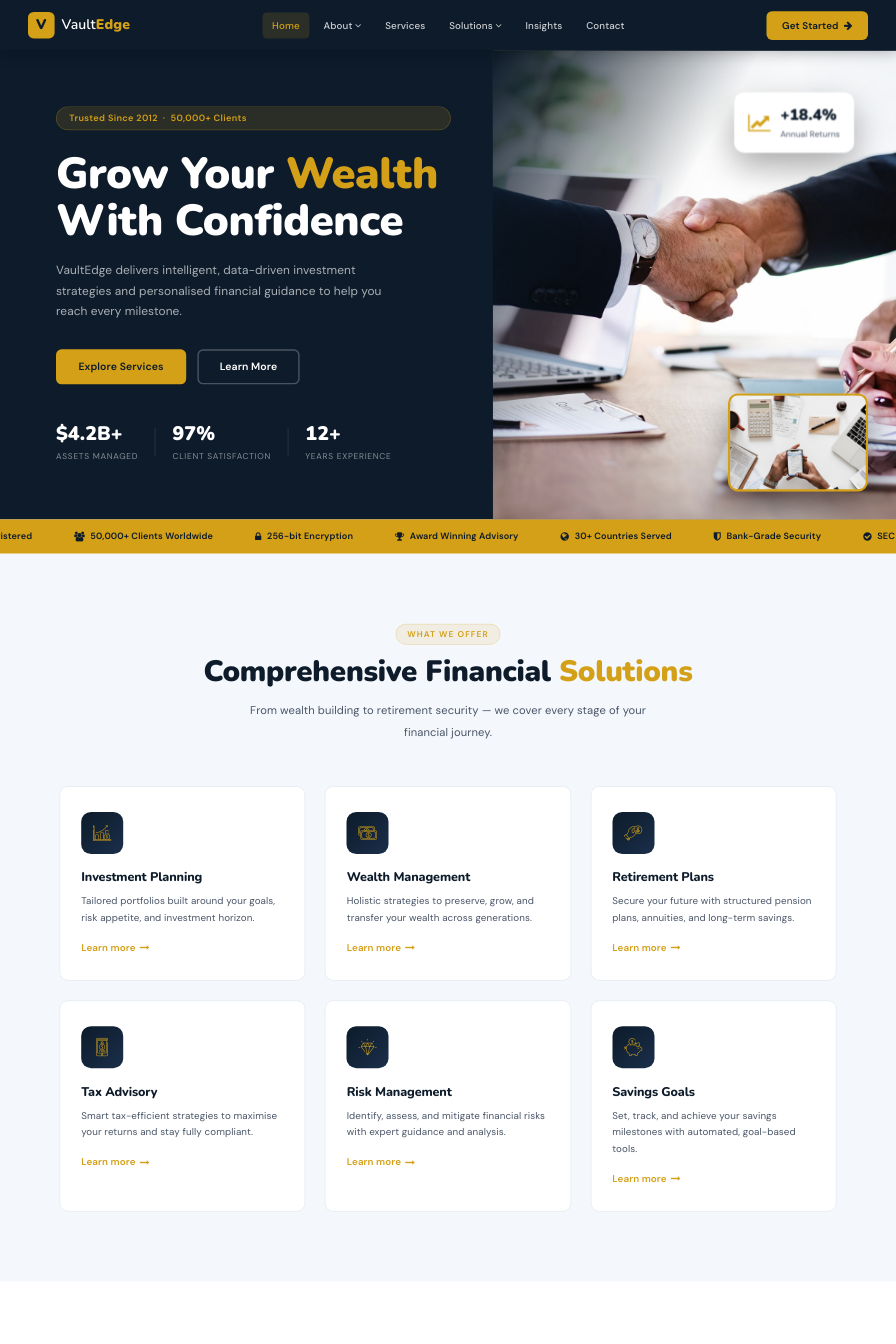
Repository: monk63/afribridgeltd
Page: afribridgeltd/index.html
The author's editor kept a copy of each file at every save. The page is drawn from the files as they stood at one save, then again after the next save.
The browser window is 1280 px wide. The pictures show the part of the page from y = 0 to 1920 px (the page is 5448 px tall), at 70% of full size.
Some web fonts or font styles are not loaded; a fallback is used.

Above is the page before, as saved 2026-04-01 07:11:55.
Console error: RangeError: Maximum call stack size exceeded

After the next save:
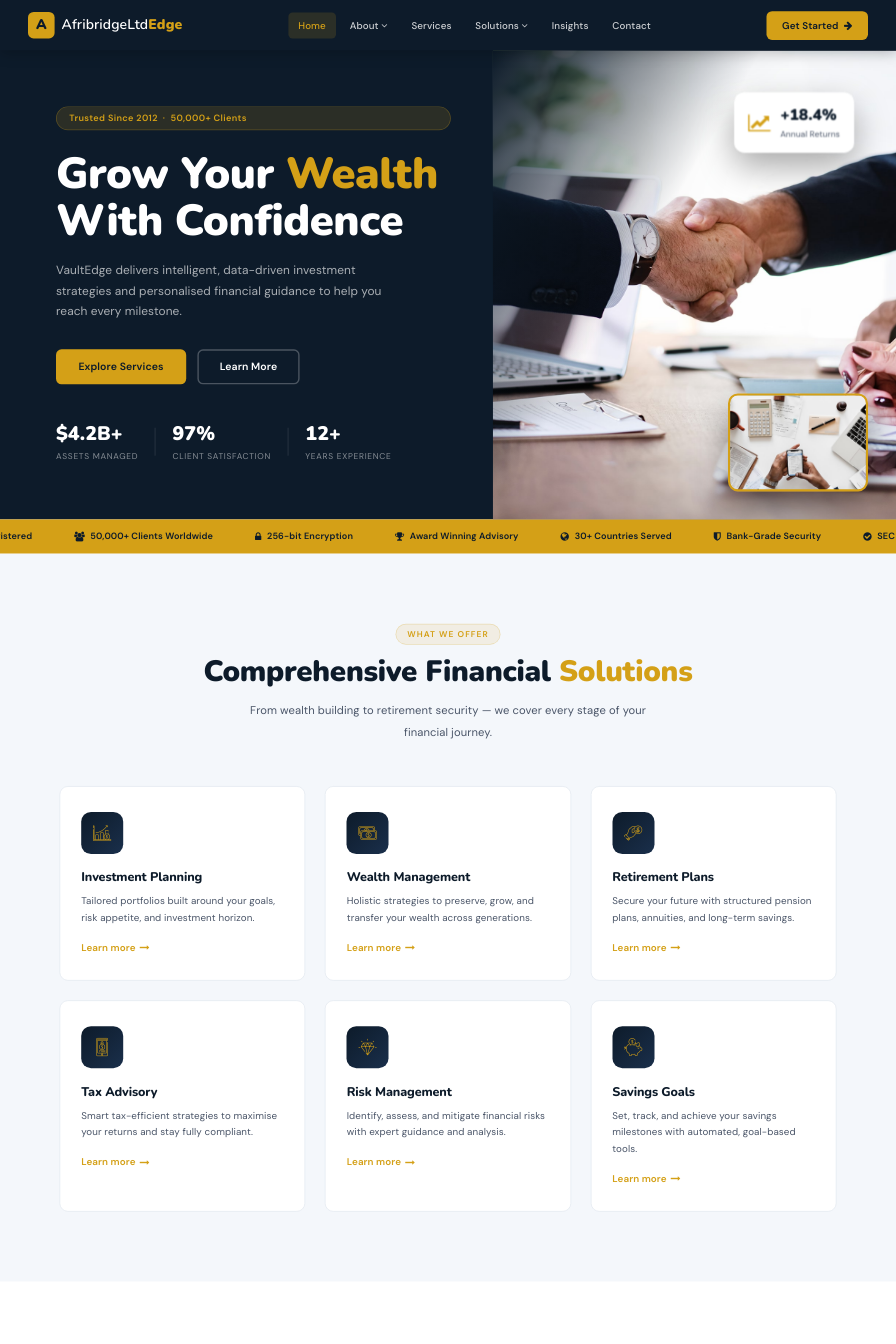
Saved 4 min 40 s later.
--- a/afribridgeltd/index.html
+++ b/afribridgeltd/index.html
@@ -26,8 +26,8 @@
             <!-- Logo -->
             <div class="ve-logo">
                 <a href="index.html">
-                    <span class="ve-logo-icon">V</span>
-                    <span class="ve-logo-text">Vault<strong>Edge</strong></span>
+                    <span class="ve-logo-icon">A</span>
+                    <span class="ve-logo-text">AfribridgeLtd<strong>Edge</strong></span>
                 </a>
             </div>
 
